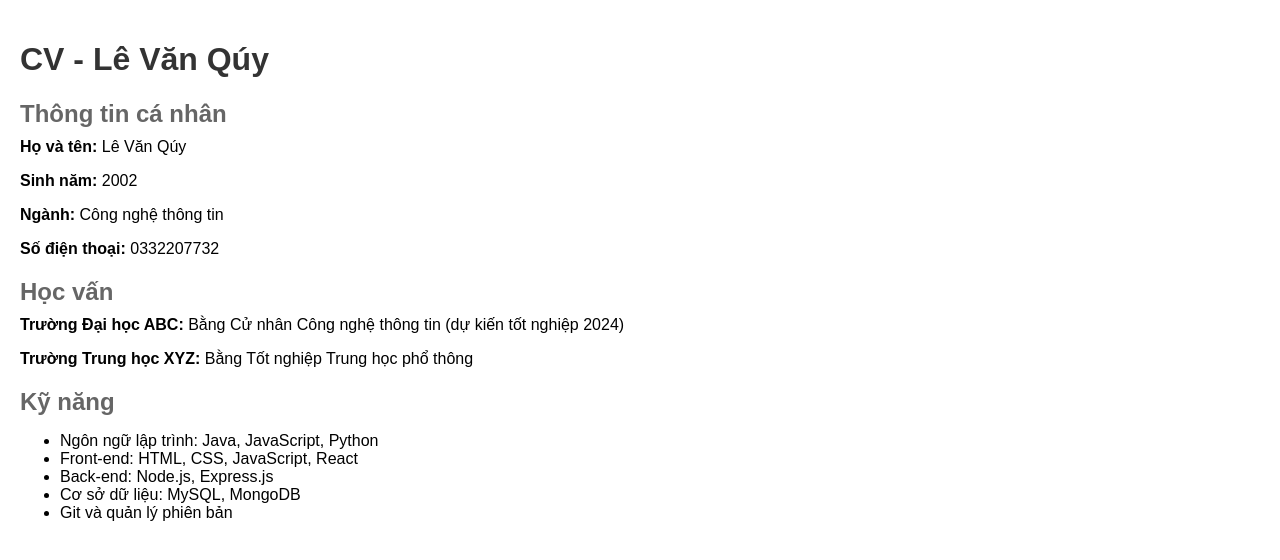
Repository: Quyed1/MonCongCu
Page: index.html
These files come from the project's save history. The page is drawn as it stood at one moment and after the next save; the edit follows.
The browser window is 1280 px wide. The pictures show the whole page.

Above is the page before, as saved 2024-03-15 08:54:41.

### index.html
<!DOCTYPE html>
<html lang="en">
<head>
  <meta charset="UTF-8">
  <meta name="viewport" content="width=device-width, initial-scale=1.0">
  <title>CV - Lê Văn Qúy</title>
  <style>
    body {
      font-family: Arial, sans-serif;
      margin: 0;
      padding: 20px;
    }
    h1 {
      color: #333;
    }
    h2 {
      color: #666;
      margin-bottom: 10px;
    }
    p {
      margin-top: 0;
    }
    .section {
      margin-bottom: 20px;
    }
    .section-title {
      font-weight: bold;
    }
  </style>
</head>
<body>
  <h1>CV - Lê Văn Qúy</h1>

  <div class="section">
    <h2>Thông tin cá nhân</h2>
    <p><strong>Họ và tên:</strong> Lê Văn Qúy</p>
    <p><strong>Sinh năm:</strong> 2002</p>
    <p><strong>Ngành:</strong> Công nghệ thông tin</p>
    <p><strong>Số điện thoại:</strong> 0332207732</p>
  </div>

  <div class="section">
    <h2>Học vấn</h2>
    <p><strong>Trường Đại học ABC:</strong> Bằng Cử nhân Công nghệ thông tin (dự kiến tốt nghiệp 2024)</p>
    <p><strong>Trường Trung học XYZ:</strong> Bằng Tốt nghiệp Trung học phổ thông</p>
  </div>

  <div class="section">
    <h2>Kỹ năng</h2>
    <ul>
      <li>Ngôn ngữ lập trình: Java, JavaScript, Python</li>
      <li>Front-end: HTML, CSS, JavaScript, React</li>
      <li>Back-end: Node.js, Express.js</li>
      <li>Cơ sở dữ liệu: MySQL, MongoDB</li>
      <li>Git và quản lý phiên bản</li>
    </ul>
  </div>
</body>
</html>

After the next save:
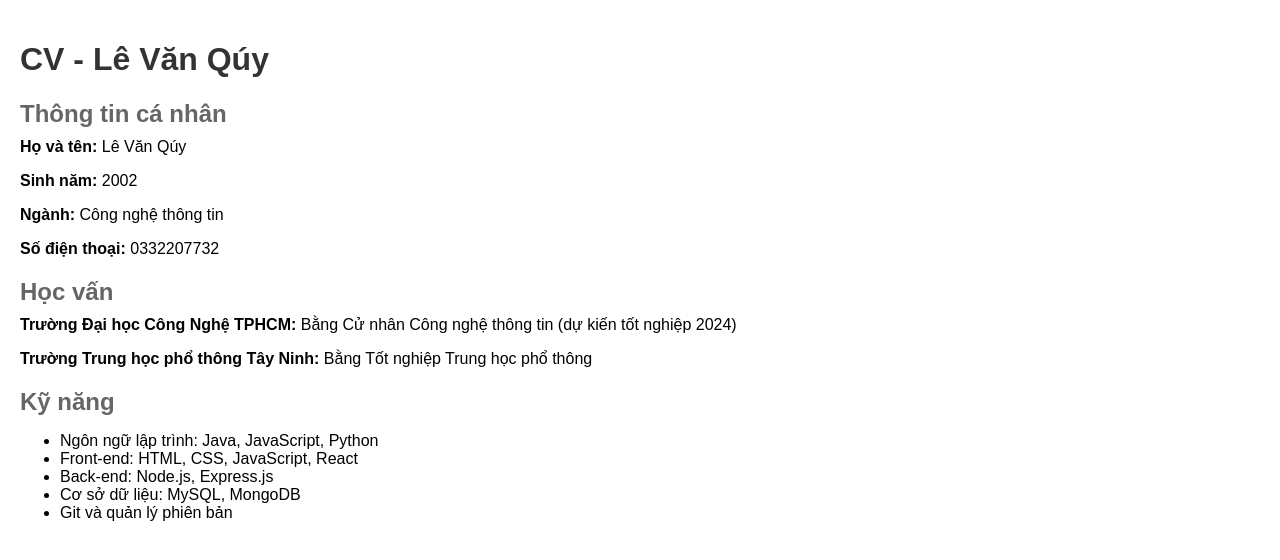
Saved 92 s later.
--- a/index.html
+++ b/index.html
@@ -41,8 +41,8 @@
 
   <div class="section">
     <h2>Học vấn</h2>
-    <p><strong>Trường Đại học ABC:</strong> Bằng Cử nhân Công nghệ thông tin (dự kiến tốt nghiệp 2024)</p>
-    <p><strong>Trường Trung học XYZ:</strong> Bằng Tốt nghiệp Trung học phổ thông</p>
+    <p><strong>Trường Đại học Công Nghệ TPHCM:</strong> Bằng Cử nhân Công nghệ thông tin (dự kiến tốt nghiệp 2024)</p>
+    <p><strong>Trường Trung học phổ thông Tây Ninh:</strong> Bằng Tốt nghiệp Trung học phổ thông</p>
   </div>
 
   <div class="section">
